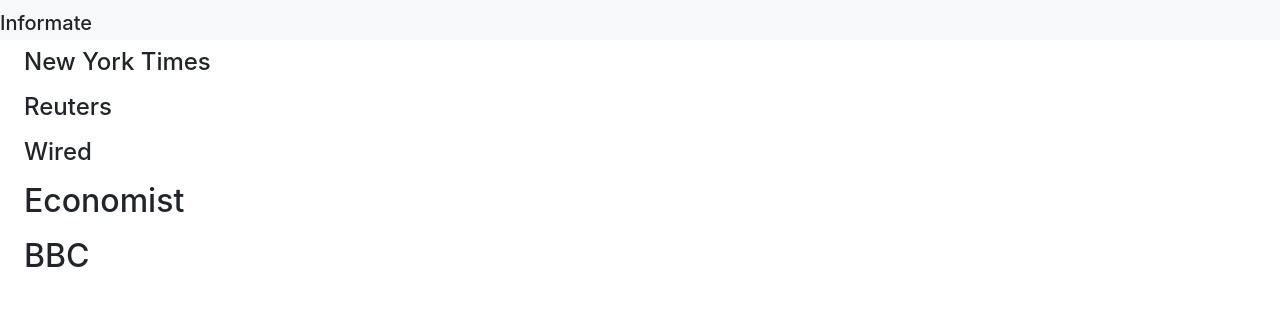
Repository: rbafna6507/newsaggregator-frontend
Page: index.html
An editor plug-in stored every save of this project. The page is shown before and after the next save, followed by the edit.
The browser window is 1280 px wide. The pictures show the whole page.
The page's requests for data from a server got no answer. Some web libraries are served in a nearby version.

Above is the page before, as saved 2020-12-16 12:48:39.

### index.html
<!DOCTYPE html>
<html>
    <!-- Latest compiled and minified CSS -->
<!-- <link rel="stylesheet" href="https://maxcdn.bootstrapcdn.com/bootstrap/3.4.1/css/bootstrap.min.css"> -->

<head>
    <meta charset="utf-8">
    <meta name="viewport" content="width=device-width, initial-scale=1, shrink-to-fit=no">
    <link rel="stylesheet" href="https://maxcdn.bootstrapcdn.com/bootstrap/4.0.0/css/bootstrap.min.css" integrity="sha384-Gn5384xqQ1aoWXA+058RXPxPg6fy4IWvTNh0E263XmFcJlSAwiGgFAW/dAiS6JXm" crossorigin="anonymous">
    <title>Informate</title>
</head>

<body>
    <nav class="navbar-light bg-light">
        <h2><a class="navbar-brand">Informate</a></h2>
    </nav>
    <div style="margin-left: 24px">
        <!-- <div>
            <h1>Informate</h1>
        <h6>Reliable, real, and recent news, all in one place</h6> -->
        <div>
            <h4>New York Times</h4>
            <ul id = "nytimes"></ul>
        </div>
        <div>
            <h4>Reuters</h4>
            <ul id = "reuters"></ul>
        </div>
        <div>
            <h4>Wired</h4>
            <ul id = "wired"></ul>
        </div>
        <div>
            <h2>Economist</h2>
            <ul id = "economist"></ul>
        </div>
        <div>
            <h2>BBC</h2>
            <ul id = "bbc"></ul>
        </div>
    </div>
    <script src="https://code.jquery.com/jquery-3.2.1.slim.min.js" integrity="sha384-KJ3o2DKtIkvYIK3UENzmM7KCkRr/rE9/Qpg6aAZGJwFDMVNA/GpGFF93hXpG5KkN" crossorigin="anonymous"></script>
    <script src="https://cdnjs.cloudflare.com/ajax/libs/popper.js/1.12.9/umd/popper.min.js" integrity="sha384-ApNbgh9B+Y1QKtv3Rn7W3mgPxhU9K/ScQsAP7hUibX39j7fakFPskvXusvfa0b4Q" crossorigin="anonymous"></script>
    <script src="https://maxcdn.bootstrapcdn.com/bootstrap/4.0.0/js/bootstrap.min.js" integrity="sha384-JZR6Spejh4U02d8jOt6vLEHfe/JQGiRRSQQxSfFWpi1MquVdAyjUar5+76PVCmYl" crossorigin="anonymous"></script>
</body>
<script>
function createNode(element) {
    return document.createElement(element);
}

function append(parent, el) {
  return parent.appendChild(el);
}

// Send the same request
fetch('https://newsaggregator-api.herokuapp.com/')
    .then(function (response) {
        return response.json(); // But parse it as JSON this time
    })
    .then(function (json) {
        console.log('GET response as JSON:');
        console.log(json);
        lets_do_it("nytimes", json);
        lets_do_it("reuters", json);
        lets_do_it("wired", json);
        lets_do_it("economist", json);
        lets_do_it("bbc", json);
        $(function () {
            $('[data-toggle="popover"]').popover()
})
})
function lets_do_it(ul_id, resp){
    const ul = document.getElementById(ul_id)
    for(var i = 0; i <= 5; i++){
        let document = JSON.stringify(resp[0]);
        document = JSON.parse(document);
        headline = document[0];
        summary = document[1];
        link = document[2];
        source = document[3];
        // document.getElementById("bruhh").innerHTML = headline
        let li = createNode('li'), a = createNode('a');
        a.href = link;
        a.innerHTML = headline;
        a.target = "_blank";
        a.dataset.toggle = "popover";
        a.dataset.placement = "right";
        a.dataset.content = summary;
        a.dataset.trigger = "hover";
        a.title = source;
        append(li, a);
        append(ul, li);
        resp.shift();
    }
}
</script>
</html>

After the next save:
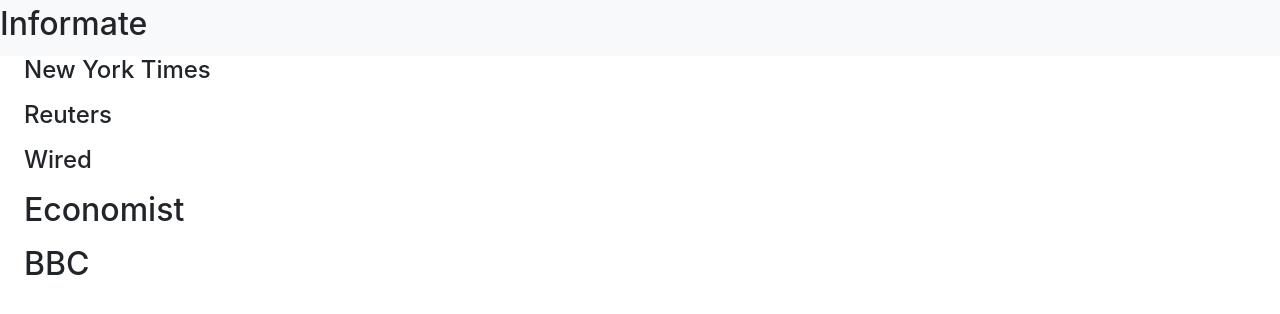
Saved 14 s later.
--- a/index.html
+++ b/index.html
@@ -12,7 +12,7 @@
 
 <body>
     <nav class="navbar-light bg-light">
-        <h2><a class="navbar-brand">Informate</a></h2>
+        <a class="navbar-brand"><h2>Informate</h2></a>
     </nav>
     <div style="margin-left: 24px">
         <!-- <div>
